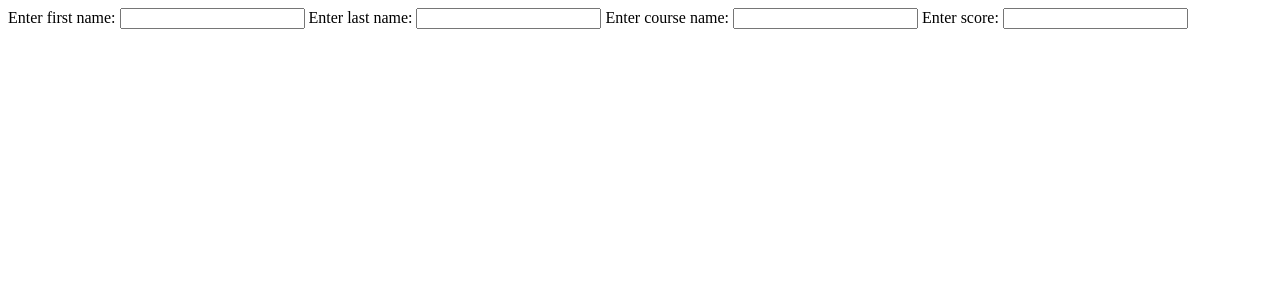
Repository: akshay399/adv-java-daywise
Page: day4.1_lab/src/main/webapp/index.html
An editor plug-in stored every save of this project. The page is shown before and after a run of saves, followed by the edit.
The browser window is 1280 px wide. The pictures show the whole page.

Above is the page before, as saved 2022-11-25 10:55:17.

### day4.1_lab/src/main/webapp/index.html
<!DOCTYPE html>
<html>
<head>
<meta charset="ISO-8859-1">
<title>Enter details</title>
</head>
<body>
<form action="process_admission" method="POST">
	Enter first name: <input type="text" name = "fn">
	Enter last name: <input type="text" name = "ln">
	Enter course name: <input type="text" name = "course">
	Enter score: <input type="number" name = "score">
</form>
</body>
</html>

After the next 2 saves:
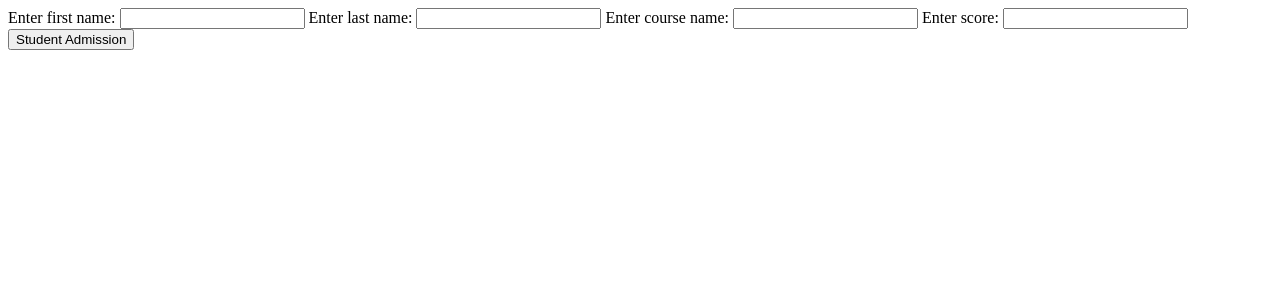
The 2 saves are shown as one change because they came seconds apart.
The last was saved 27 s later.
--- a/day4.1_lab/src/main/webapp/index.html
+++ b/day4.1_lab/src/main/webapp/index.html
@@ -10,6 +10,8 @@
 	Enter last name: <input type="text" name = "ln">
 	Enter course name: <input type="text" name = "course">
 	Enter score: <input type="number" name = "score">
+
+	<input type="submit" value="Student Admission">
 </form>
 </body>
 </html>
